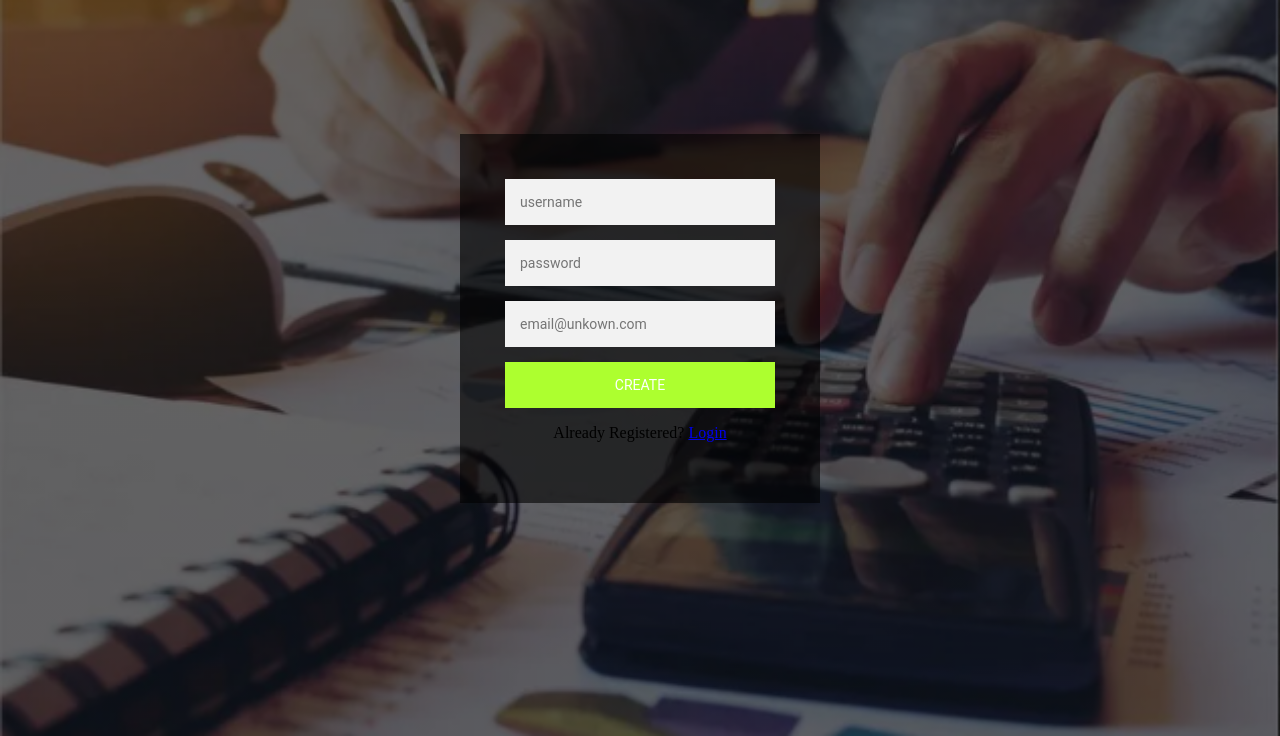
Repository: rambo1022/Project-1
Page: index.html
These files come from the project's save history. The page is drawn as it stood at one moment and after the next save; the edit follows.
The browser window is 1280 px wide. The pictures show the whole page.

Above is the page before, as saved 2019-12-01 15:54:23.

### index.html
<!DOCTYPE html>
<html lang="en">
<head>
  <meta charset="UTF-8">
  <meta name="viewport" content="width=device-width, initial-scale=1.0">
  <meta http-equiv="X-UA-Compatible" content="ie=edge">
  <title>Prime Trade || Login/SignUp</title>
  <link rel="stylesheet" href="../Project-1/Sign-Up/signup.css">

</head>

<body>

  <div class="login-page">
  <div class="form">
    <form class="register-form">
    <input type="text" placeholder="username"/>
    <input type="text" placeholder="password"/>
    <input type="text" placeholder="email@unkown.com"/>
    <button>Create</button>
    <p class="message"> Already Registered? <a href="#">Login</a>
    </p>
    </form>
  </div>
  </div>






</body>

</html>

### Sign-Up/signup.css
body {
    background-image: linear-gradient(rgba(0,0,0,0.6),rgba(0,0,0,0.6)),url(../Sign-Up/images/finance.png);
    height: 100vh;
    background-size: cover;
    background-position: center;


}

.login-page {
    width: 360px;
    padding: 10% 0 0;
    margin: auto;


}

.form {
    position: relative;
    z-index: 1;
    background: rgba(0,0,0,0.6);
    max-width: 360px;
    margin: 0 auto 100px;
    padding: 45px;
    text-align: center;

}


.form input {
    font-family: "Roboto", sans-serif;
    outline: 1;
    background: #f2f2f2;
    width: 100%;
    border: 0;
    margin: 0 0 15px;
    padding: 15px 15px;
    box-sizing: border-box;
    font-size: 14px;

}

.form button {
    font-family: "Roboto", sans-serif;
    text-transform: uppercase;
    outline: 0;
    background: greenyellow;
    width: 100%;
    border: 0;
    padding: 15px 15px;
    color: #ffffff;
    font-size: 14px;
    cursor: pointer;

}

After the next save:
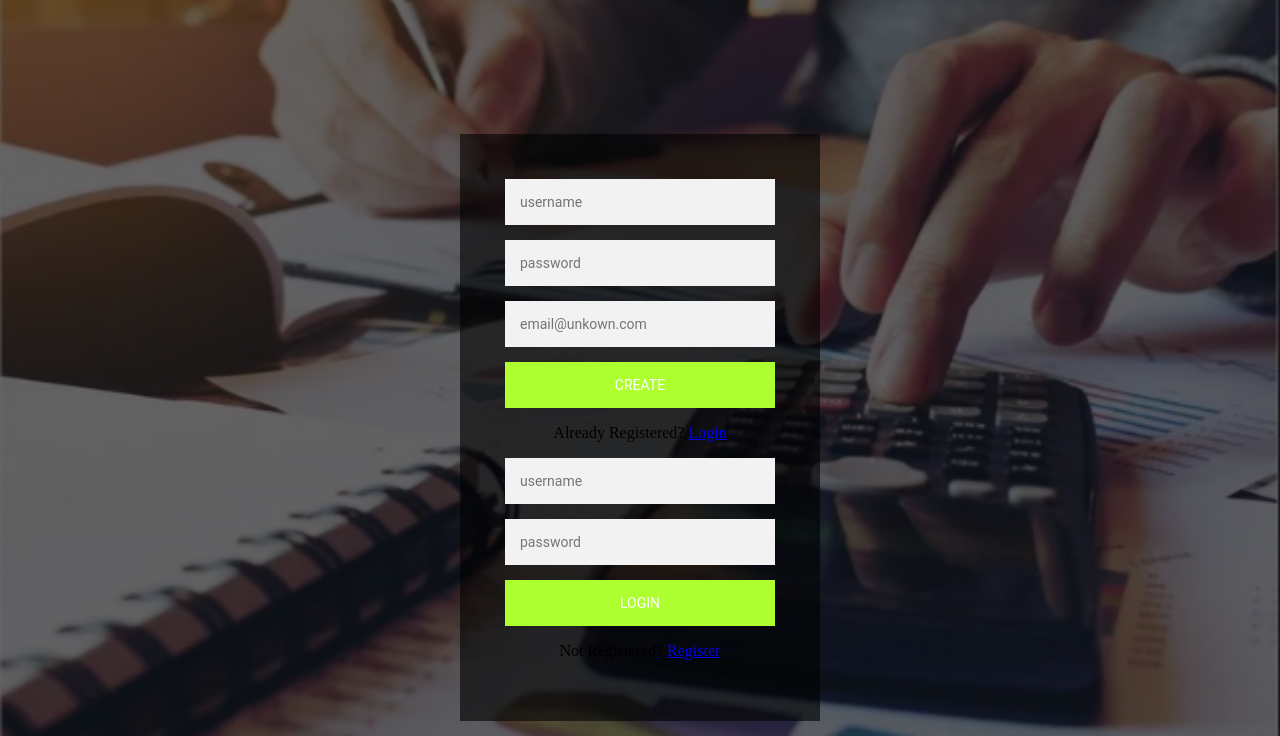
Saved 20 min 8 s later.
--- a/index.html
+++ b/index.html
@@ -21,6 +21,17 @@
     <p class="message"> Already Registered? <a href="#">Login</a>
     </p>
     </form>
+
+    <form class="login-form">
+    <input type="text" placeholder="username"/>
+    <input type="password" placeholder="password"/>
+    <button>Login</button>
+    <p class="message"> Not Registered? <a href="#">Register</a>
+
+
+
+    </form>
+
   </div>
   </div>
 
